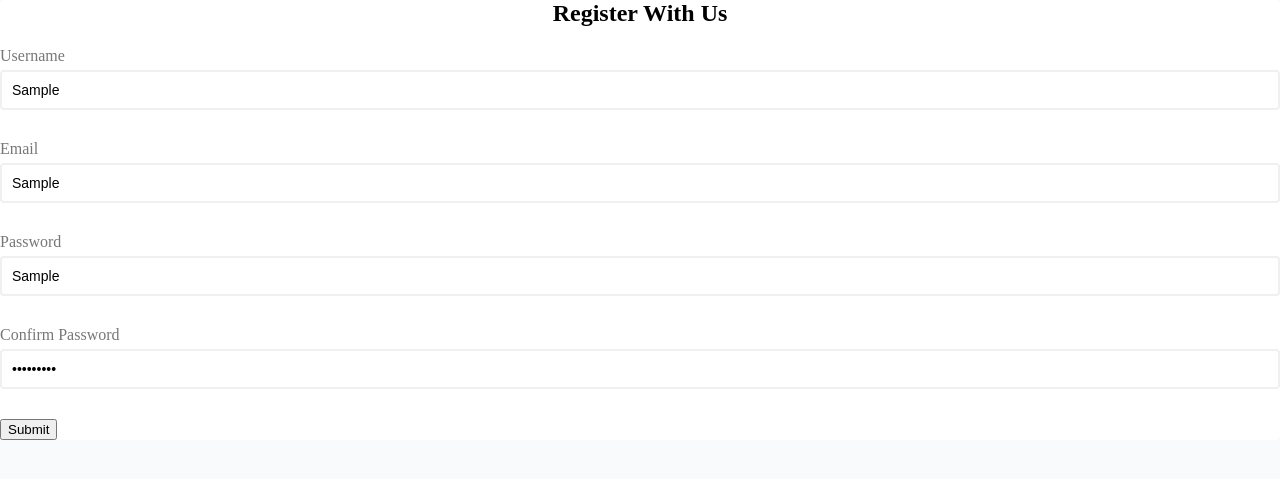
Repository: atko87/Form-Validator-Intro-
Page: index.html
The author's editor kept a copy of each file at every save. The page is drawn from the files as they stood at one save, then again after the next save.
The browser window is 1280 px wide. The pictures show the whole page.
Empty fields were first filled with sample values (such as "Sample", 5 or name@example.com).
After loading, the first visible `#form` was submitted once.

Above is the page before, as saved 2020-03-07 23:31:39.
Console error: ReferenceError: showSuccess is not defined

After the next save:
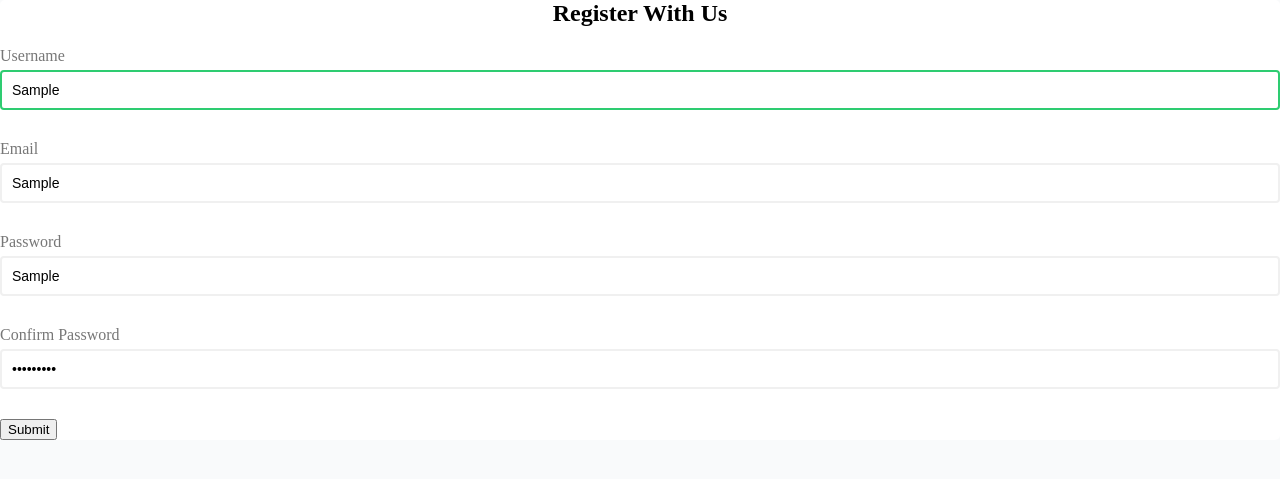
The error is gone.
Saved 72 s later.
--- a/script.js
+++ b/script.js
@@ -12,6 +12,13 @@ function showError(input, message) {
   small.innerText = message;
 }
 
+//Show sucess outline
+
+function showSuccess(input) {
+  const formControl = input.parentElement;
+  formControl.className = "form-control success";
+}
+
 //Event listeners
 form.addEventListener("submit", function(e) {
   e.preventDefault();
